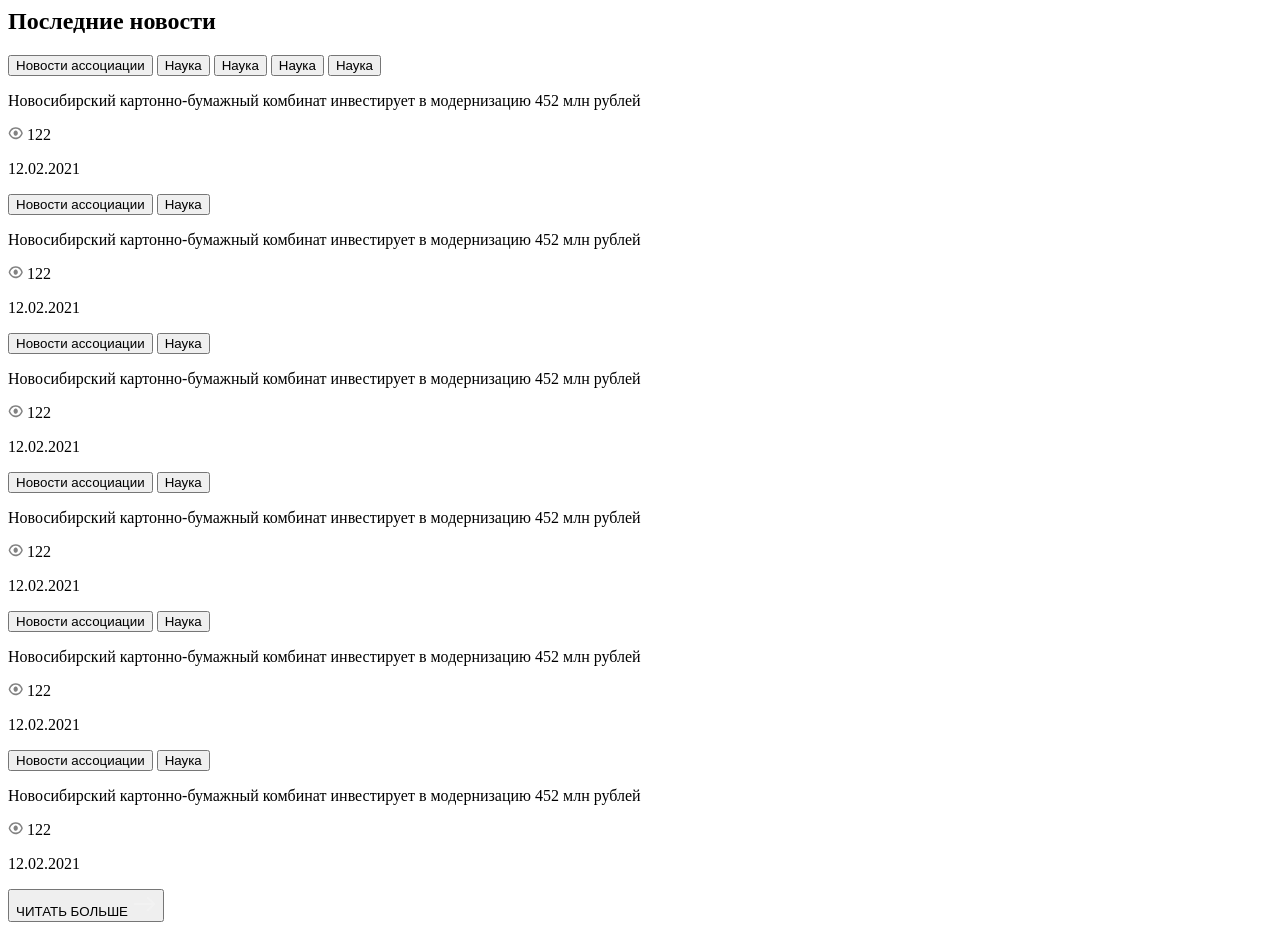
Repository: the-ASAP/League
Page: src/components/news.html
These files come from the project's save history. The page is drawn as it stood at one moment and after the next save; the edit follows.
The browser window is 1280 px wide. The pictures show the whole page.

Above is the page before, as saved 2021-07-29 10:15:52.

After the next save:
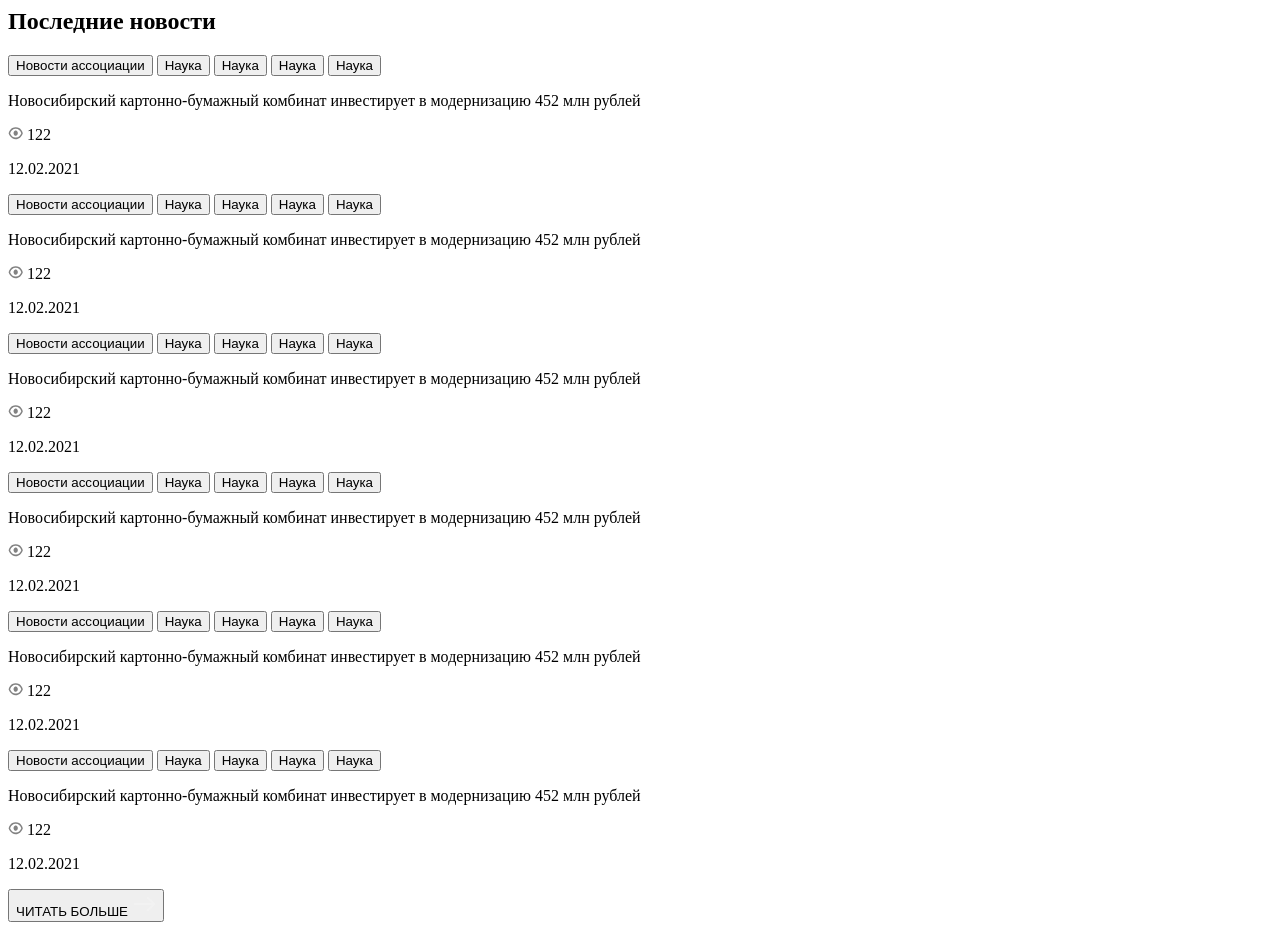
Saved 36 s later.
--- a/src/components/news.html
+++ b/src/components/news.html
@@ -25,10 +25,16 @@
                     <p class="post__date">12.02.2021</p>
                 </div>
             </div>
+
             <div class="post">
                 <div class="post__image">
-                    <button class="post__category">Новости ассоциации</button>
-                    <button class="post__category">Наука</button>
+                    <div class="post__buttons">
+                        <button class="post__category">Новости ассоциации</button>
+                        <button class="post__category">Наука</button>
+                        <button class="post__category">Наука</button>
+                        <button class="post__category">Наука</button>
+                        <button class="post__category">Наука</button>
+                    </div>
                 </div>
                 <p class="post__title">
                     Новосибирский картонно-бумажный комбинат инвестирует в модернизацию 452 млн рублей
@@ -45,8 +51,13 @@
             </div>
             <div class="post">
                 <div class="post__image">
-                    <button class="post__category">Новости ассоциации</button>
-                    <button class="post__category">Наука</button>
+                    <div class="post__buttons">
+                        <button class="post__category">Новости ассоциации</button>
+                        <button class="post__category">Наука</button>
+                        <button class="post__category">Наука</button>
+                        <button class="post__category">Наука</button>
+                        <button class="post__category">Наука</button>
+                    </div>
                 </div>
                 <p class="post__title">
                     Новосибирский картонно-бумажный комбинат инвестирует в модернизацию 452 млн рублей
@@ -64,8 +75,13 @@
 
             <div class="post">
                 <div class="post__image">
-                    <button class="post__category">Новости ассоциации</button>
-                    <button class="post__category">Наука</button>
+                    <div class="post__buttons">
+                        <button class="post__category">Новости ассоциации</button>
+                        <button class="post__category">Наука</button>
+                        <button class="post__category">Наука</button>
+                        <button class="post__category">Наука</button>
+                        <button class="post__category">Наука</button>
+                    </div>
                 </div>
                 <p class="post__title">
                     Новосибирский картонно-бумажный комбинат инвестирует в модернизацию 452 млн рублей
@@ -83,8 +99,13 @@
 
             <div class="post">
                 <div class="post__image">
-                    <button class="post__category">Новости ассоциации</button>
-                    <button class="post__category">Наука</button>
+                    <div class="post__buttons">
+                        <button class="post__category">Новости ассоциации</button>
+                        <button class="post__category">Наука</button>
+                        <button class="post__category">Наука</button>
+                        <button class="post__category">Наука</button>
+                        <button class="post__category">Наука</button>
+                    </div>
                 </div>
                 <p class="post__title">
                     Новосибирский картонно-бумажный комбинат инвестирует в модернизацию 452 млн рублей
@@ -102,8 +123,13 @@
 
             <div class="post">
                 <div class="post__image">
-                    <button class="post__category">Новости ассоциации</button>
-                    <button class="post__category">Наука</button>
+                    <div class="post__buttons">
+                        <button class="post__category">Новости ассоциации</button>
+                        <button class="post__category">Наука</button>
+                        <button class="post__category">Наука</button>
+                        <button class="post__category">Наука</button>
+                        <button class="post__category">Наука</button>
+                    </div>
                 </div>
                 <p class="post__title">
                     Новосибирский картонно-бумажный комбинат инвестирует в модернизацию 452 млн рублей
